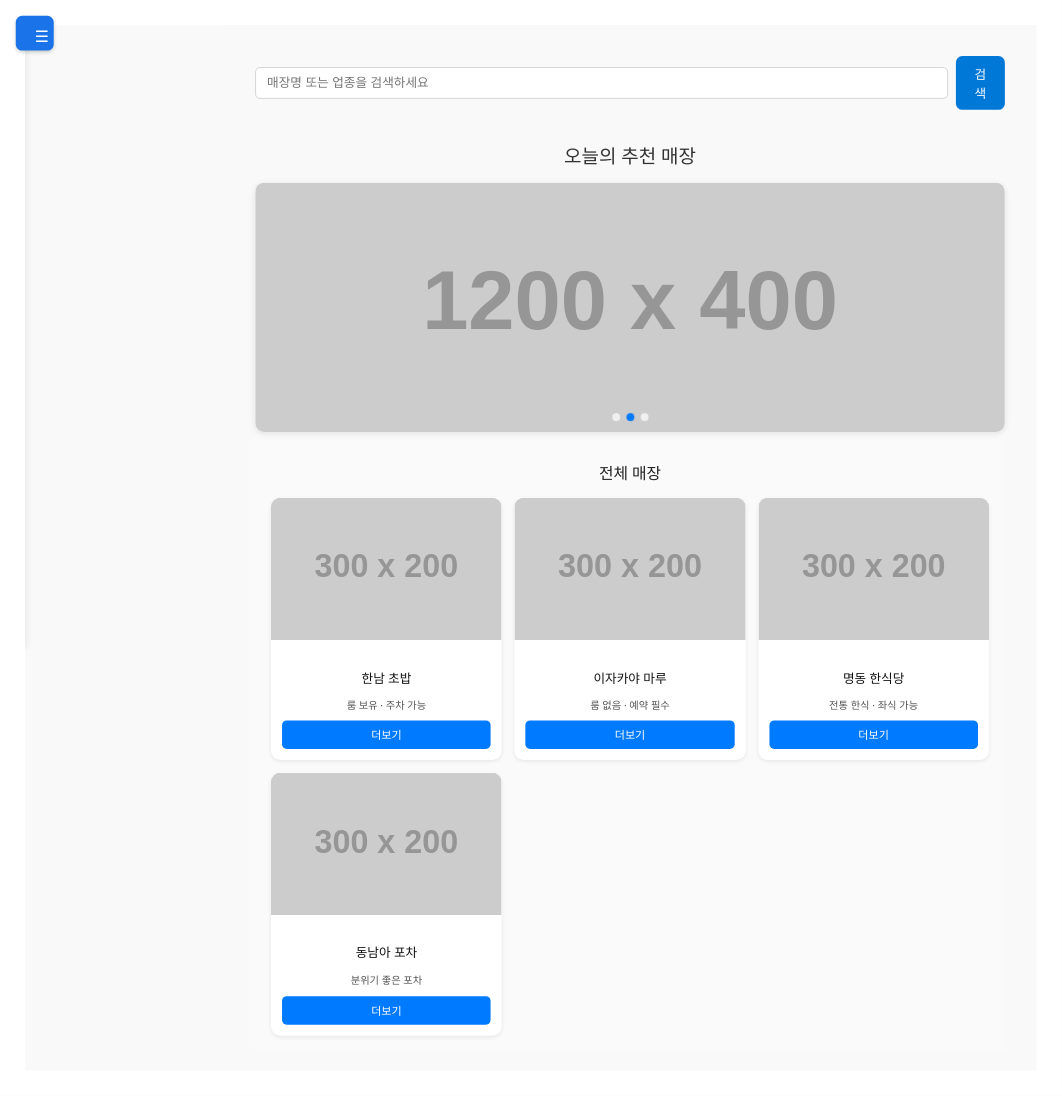
Repository: noiredex/Choplan-API
Page: / (app in choplan/frontend_main/)
These files come from the project's save history. The page is drawn as it stood at one moment and after the next save; the edit follows.
The browser window is 1280 px wide. The page is 1344 px wide, so the pictures cover 1344 px, including what lies to the right of the window. The pictures show the whole page, at 79% of full size.
The project was rebuilt for these pictures with package versions that can differ from the ones it lists, and the page was loaded fresh each time. Also part of the build but not shown: choplan/frontend_main/vite.config.js, choplan/frontend_main/vite.config.ts, choplan/frontend_main/src/styles/StoreDetailPage.css, choplan/frontend_main/src/pages/StoreDetailPage.jsx.

Above is the page before, as saved 2025-10-23 15:56:09.

### choplan/frontend_main/index.html
<!doctype html>
<html lang="en">
  <head>
    <meta charset="UTF-8" />
    <link rel="icon" type="image/svg+xml" href="/vite.svg" />
    <meta name="viewport" content="width=device-width, initial-scale=1.0" />
    <title>frontend_main</title>
  </head>
  <body>
    <div id="root"></div>
    <script type="module" src="/src/main.jsx"></script>
  </body>
</html>

### choplan/frontend_main/src/App.jsx
import { Routes, Route } from "react-router-dom";
import HomePage from "./pages/HomePage";
import StoreDetailPage from "./pages/StoreDetailPage";
import "./App.css";

export default function App() {
  return (
    <Routes>
      <Route path="/" element={<HomePage />} />
      <Route path="/store/:id" element={<StoreDetailPage />} />
    </Routes>
  );
}

### choplan/frontend_main/src/pages/Homepage.jsx
import React, { useState } from "react";
import Sidebar from "../components/common/Sidebar";
import SearchBar from "../components/home/SearchBar";
import BannerSlider from "../components/home/BannerSlider";
import RecommendedStores from "../components/home/RecommendedStores";
import "../styles/HomePage.css";

export default function HomePage() {
  const [selectedCategory, setSelectedCategory] = useState("전체");
  const [searchQuery, setSearchQuery] = useState("");

  return (
    <div className="home-container">
      {/* 사이드바 */}
      <Sidebar
        selectedCategory={selectedCategory}
        onSelectCategory={setSelectedCategory}
        searchQuery={searchQuery}
      />

      {/* 메인 콘텐츠 */}
      <div className="main-content">
        <SearchBar onSearch={setSearchQuery} />

        {/* 추천 배너 */}
        <section className="banner-section">
          <h2>오늘의 추천 매장</h2>
          <BannerSlider />
        </section>

        {/* 매장 목록 */}
        <section className="store-section">
          <RecommendedStores
            category={selectedCategory}
            searchQuery={searchQuery}
          />
        </section>
      </div>
    </div>
  );
}

### choplan/frontend_main/src/components/common/Sidebar.jsx
import React, { useState, useEffect } from "react";
import "../../styles/Sidebar.css";

export default function Sidebar({ selectedCategory, onSelectCategory, searchQuery }) {
  const [isOpen, setIsOpen] = useState(false);

  const categories = [
    "전체",
    "이자카야",
    "초밥",
    "한식",
    "양식",
    "중식",
    "동남아",
    "인도",
    "기타",
  ];

  // 검색어에 따라 자동 카테고리 선택
  useEffect(() => {
    if (searchQuery && searchQuery.trim() !== "") {
      const matched = categories.find((cat) => searchQuery.includes(cat));
      if (matched) onSelectCategory(matched);
    }
  }, [searchQuery]);

  return (
    <>
      {/* 햄버거 버튼 (항상 노출) */}
      <button
        className="sidebar-toggle"
        onClick={() => setIsOpen(!isOpen)}
        aria-label="메뉴 열기"
      >
        ☰
      </button>

      {/* 오버레이 (열릴 때만) */}
      {isOpen && <div className="overlay" onClick={() => setIsOpen(false)}></div>}

      {/* 세로형 사이드바 */}
      <aside className={`sidebar ${isOpen ? "open" : ""}`}>
        <ul className="sidebar-list">
          {categories.map((category, index) => (
            <li
              key={index}
              className={selectedCategory === category ? "active" : ""}
              onClick={() => {
                onSelectCategory(category);
                setIsOpen(false);
              }}
            >
              {category}
            </li>
          ))}
        </ul>
      </aside>
    </>
  );
}

### choplan/frontend_main/src/components/home/SearchBar.jsx
import React, { useState } from "react";
import "../../styles/SearchBar.css";

export default function SearchBar({ onSearch }) {
  const [query, setQuery] = useState("");

  const handleInputChange = (e) => {
    setQuery(e.target.value);
  };

  const handleSearch = (e) => {
    e.preventDefault();
    onSearch(query);
  };

  return (
    <form className="search-bar" onSubmit={handleSearch}>
      <input
        type="text"
        placeholder="매장명 또는 업종을 검색하세요"
        value={query}
        onChange={handleInputChange}
      />
      <button type="submit">검색</button>
    </form>
  );
}

### choplan/frontend_main/src/components/home/BannerSlider.jsx
import React from "react";
import { Swiper, SwiperSlide } from "swiper/react";
import { Autoplay, Pagination } from "swiper/modules";
import "swiper/css";
import "swiper/css/pagination";
import "../../styles/BannerSlider.css";

export default function BannerSlider() {
  const banners = [
    {
      id: 1,
      img: "https://placehold.co/1200x400/007bff/ffffff?text=오늘의+추천매장+1",
      alt: "추천 매장 1",
    },
    {
      id: 2,
      img: "https://placehold.co/1200x400/f07b00/ffffff?text=오늘의+추천매장+2",
      alt: "추천 매장 2",
    },
    {
      id: 3,
      img: "https://placehold.co/1200x400/008c4a/ffffff?text=오늘의+추천매장+3",
      alt: "추천 매장 3",
    },
  ];

  return (
    <div className="banner-slider-container">
      <Swiper
        modules={[Autoplay, Pagination]}
        pagination={{ clickable: true }}
        autoplay={{ delay: 4000, disableOnInteraction: false }}
        loop={true}
        spaceBetween={0}
        slidesPerView={1}
        className="banner-swiper"
      >
        {banners.map((banner) => (
          <SwiperSlide key={banner.id}>
            <img
              src={banner.img}
              alt={banner.alt}
              className="banner-image"
            />
          </SwiperSlide>
        ))}
      </Swiper>
    </div>
  );
}

### choplan/frontend_main/src/components/home/RecommendedStores.jsx
import React, { useEffect, useState } from "react";
import { useNavigate } from "react-router-dom";
import "../../styles/RecommendedStores.css";

export default function RecommendedStores({ category, searchQuery }) {
  const [stores, setStores] = useState([]);
  const navigate = useNavigate(); // 페이지 이동 훅

  // 예시 데이터 (실제 API 연결 시 이 부분 대체)
  const allStores = [
    { id: 1, name: "한남 초밥", category: "초밥", desc: "룸 보유 · 주차 가능", img: "https://placehold.co/300x200" },
    { id: 2, name: "이자카야 마루", category: "이자카야", desc: "룸 없음 · 예약 필수", img: "https://placehold.co/300x200" },
    { id: 3, name: "명동 한식당", category: "한식", desc: "전통 한식 · 좌식 가능", img: "https://placehold.co/300x200" },
    { id: 4, name: "동남아 포차", category: "동남아", desc: "분위기 좋은 포차", img: "https://placehold.co/300x200" },
  ];

  useEffect(() => {
    let filtered = allStores;

    // 검색어 반영
    if (searchQuery) {
      filtered = filtered.filter((store) =>
        store.name.toLowerCase().includes(searchQuery.toLowerCase())
      );
    }

    // 카테고리 반영
    if (category && category !== "전체") {
      filtered = filtered.filter((store) => store.category === category);
    }

    setStores(filtered);
  }, [category, searchQuery]);

  return (
    <div className="recommended-stores">
      <h2>{category ? category : "전체"} 매장</h2>

      <div className="store-grid">
        {stores.length > 0 ? (
          stores.map((store) => (
            <div className="store-card" key={store.id}>
              <img src={store.img} alt={store.name} />
              <div className="store-info">
                <h3>{store.name}</h3>
                <p>{store.desc}</p>
                <button onClick={() => navigate(`/store/${store.id}`)}>더보기</button>
              {/* 더보기 클릭시 /store/매장id 페이지로 이동 */}
              </div>
            </div>
          ))
        ) : (
          <p className="no-results">검색 결과가 없습니다.</p>
        )}
      </div>
    </div>
  );
}

### choplan/frontend_main/src/styles/HomePage.css
/* ===== 기본 구조 ===== */
.home-container {
  display: flex;
  flex-direction: row; /* Sidebar + Main Content 가 가로로 배치 */
  align-items: stretch;
  justify-content: flex-start;
  width: 100%;
  min-height: 100vh;
  background-color: #f9f9f9;
  overflow: hidden;
  box-sizing: border-box;
}

/* ===== 사이드바 ===== */
.sidebar {
  width: 250px;
  min-width: 200px;
  max-width: 280px;
  background-color: #ffffff;
  border-right: 1px solid #ddd;
  overflow-y: auto;
  transition: all 0.3s ease;
}

.sidebar-list {
  list-style: none;
  margin: 0;
  padding: 0;
}

.sidebar-list li {
  padding: 14px 18px;
  border-bottom: 1px solid #eee;
  cursor: pointer;
  transition: background 0.2s;
}

.sidebar-list li:hover,
.sidebar-list li.active {
  background-color: #f0f0f0;
}

/* ===== 메인 콘텐츠 ===== */
.main-content {
  flex: 1;
  display: flex;
  flex-direction: column;
  justify-content: flex-start;
  align-items: stretch;
  padding: 24px 40px;
  overflow-y: auto;
  background-color: #f9f9f9;
  transition: all 0.3s ease;
}

.search-bar {
  margin-bottom: 20px;
}

.search-bar input {
  width: 100%;
  padding: 10px 14px;
  border: 1px solid #ccc;
  border-radius: 6px;
  font-size: 16px;
}

/* ===== 베너 섹션 ===== */
.benner-section {
  text-align: center;
  margin-top: 20px;
  margin-bottom: 30px;
  display: flex;
  flex-direction: column;
  align-items: center;
}

.banner-section h2 {
  font-size: 24px;
  font-weight: 700;
  color: #333;
  margin-bottom: 16px;
}

.banner-section .swiper-container {
  width: 100%;
  max-width: 1200px;
  aspect-ratio: 16 / 9;
  border-radius: 12px;
  overflow: hidden;
  object-fit: cover;
  height: auto !important;
  flex-shrink: 0;
}

.banner-section .swiper-slide img {
  width: 100%;
  height: 100%;
  object-fit: cover;
  display: block;
}

/* ===== PC / 데스크탑 (>=1025px) ===== */
@media (min-width: 1025px) {
  .home-container {
    flex-direction: row;
  }

  .sidebar {
    position: relative;
    height: 100vh;
  }

  .main-content {
    padding: 24px 40px;
  }
}

/* ===== 태블릿 (<=1024px) ===== */
@media (max-width: 1024px) {
  .home-container {
    flex-direction: column;
  }

  .sidebar {
    width: 100%;
    height: auto;
    border-right: none;
    border-bottom: 1px solid #ddd;
  }

  .sidebar-list {
    display: flex;
    flex-wrap: nowrap;
    overflow-x: auto;
  }

  .sidebar-list li {
    flex: 0 0 auto;
    border-bottom: none;
    border-right: 1px solid #eee;
    white-space: nowrap;
  }

  .main-content {
    padding: 16px;
  }
}

/* ===== 모바일 (<=600px) ===== */
@media (max-width: 600px) {
  .home-container {
    flex-direction: column;
  }

  .sidebar-list li {
    font-size: 14px;
    padding: 10px 12px;
  }

  .main-content {
    padding: 10px;
  }

  .search-bar input {
    width: 100%;
    font-size: 14px;
  }
}

### choplan/frontend_main/src/styles/Sidebar.css
/* ===== 사이드바 세로형 기본 ===== */
.sidebar {
  position: fixed;
  top: 0;
  left: 0;
  width: 230px;
  height: 100vh;
  background: #fff;
  transform: translateX(-100%);
  transition: transform 0.3s ease-in-out;
  z-index: 2000;
  box-shadow: 2px 0 8px rgba(0, 0, 0, 0.08);
  display: flex;
  flex-direction: column;
  padding-top: 70px;
}

.sidebar.open {
  transform: translateX(0);
}

/* ===== 카테고리 목록 ===== */
.sidebar-list {
  list-style: none;
  margin: 0;
  padding: 0;
  overflow-y: auto;
  flex: 1;
}

.sidebar-list li {
  padding: 15px 18px;
  cursor: pointer;
  border-bottom: 1px solid #f2f2f2;
  font-size: 16px;
  transition: background-color 0.2s;
}

.sidebar-list li:hover {
  background: #f5f5f5;
}

.sidebar-list li.active {
  background: #1a73e8;
  color: #fff;
  font-weight: 600;
}

/* ===== 햄버거 버튼 (항상 노출) ===== */
.sidebar-toggle {
  position: fixed;
  top: 20px;
  left: 20px;
  background: #1a73e8;
  color: #fff;
  border: none;
  border-radius: 8px;
  width: 44px;
  height: 44px;
  font-size: 20px;
  cursor: pointer;
  z-index: 2100;
  box-shadow: 0 2px 5px rgba(0, 0, 0, 0.2);
}

/* ===== 어두운 배경 (overlay) ===== */
.overlay {
  position: fixed;
  top: 0;
  left: 0;
  width: 100vw;
  height: 100vh;
  background: rgba(0, 0, 0, 0.3);
  z-index: 1500;
}

/* ===== PC도 동일한 구조 ===== */
@media (min-width: 1025px) {
  .sidebar {
    position: fixed;
    transform: translateX(-100%);
  }

  .sidebar.open {
    transform: translateX(0);
  }

  .sidebar-toggle {
    display: block;
  }

  .overlay {
    display: block;
  }
}

/* ===== 반응형 (모바일) ===== */
@media (max-width: 1024px) {
  .sidebar {
    position: fixed;
    height: 100vh;
  }

  .sidebar-list li {
    font-size: 15px;
  }
}

### choplan/frontend_main/src/styles/SearchBar.css
.search-bar {
  display: flex;
  justify-content: center;
  align-items: center;
  margin: 15px 0 25px 0;
  gap: 10px;
}

.search-bar input {
  width: 70%;
  padding: 10px 14px;
  border: 1px solid #ccc;
  border-radius: 8px;
  font-size: 1rem;
}

.search-bar button {
  background-color: #0078d7;
  color: white;
  border: none;
  padding: 10px 18px;
  border-radius: 8px;
  cursor: pointer;
  transition: background 0.2s ease;
}

.search-bar button:hover {
  background-color: #005fa3;
}

### choplan/frontend_main/src/styles/BannerSlider.css
.banner-slider-container {
  width: 100%;
  max-width: 1200px;
  margin: 0 auto;
  border-radius: 12px;
  overflow: hidden;
  position: relative;
  box-shadow: 0 2px 8px rgba(0, 0, 0, 0.1);
}

.banner-swiper {
  width: 100%;
  height: auto;
}

.banner-image {
  width: 100%;
  height: 400px;
  object-fit: cover;
  display: block;
}

/* 슬라이드 하단 점(Pagination) 스타일 */
.swiper-pagination-bullet {
  background: rgba(255, 255, 255, 0.7);
  opacity: 1;
  width: 10px;
  height: 10px;
  margin: 0 4px !important;
}

.swiper-pagination-bullet-active {
  background: #007bff;
}

/* 반응형 */
@media (max-width: 1024px) {
  .banner-image {
    height: 300px;
  }
}

@media (max-width: 768px) {
  .banner-image {
    height: 240px;
    border-radius: 0;
  }

  .banner-slider-container {
    border-radius: 0;
    box-shadow: none;
  }
}

@media (max-width: 480px) {
  .banner-image {
    height: 200px;
  }
}

### choplan/frontend_main/src/styles/RecommendedStores.css
.recommended-stores {
  padding: 20px;
  background: #fafafa;
}

.recommended-stores h2 {
  font-size: 20px;
  margin-bottom: 16px;
  font-weight: 600;
  color: #222;
}

/* ===== 매장 카드 ===== */
.store-grid {
  display: grid;
  grid-template-columns: repeat(auto-fit, minmax(280px, 1fr));
  gap: 16px;
}

.store-card {
  background: white;
  border-radius: 12px;
  overflow: hidden;
  box-shadow: 0 2px 6px rgba(0, 0, 0, 0.08);
  transition: transform 0.2s ease;
}

.store-card:hover {
  transform: translateY(-3px);
}

.store-card img {
  width: 100%;
  height: 180px;
  object-fit: cover;
}

.store-info {
  padding: 14px;
}

.store-info h3 {
  font-size: 16px;
  margin-bottom: 6px;
  color: #111;
}

.store-info p {
  font-size: 13px;
  color: #555;
  margin-bottom: 10px;
}

.store-info button {
  width: 100%;
  padding: 8px 0;
  border: none;
  background-color: #007bff;
  color: white;
  font-size: 14px;
  border-radius: 6px;
  cursor: pointer;
  transition: background-color 0.2s ease;
}

.store-info button:hover {
  background-color: #0056b3;
}

/* ====== 반응형 ====== */
@media (max-width: 768px) {
  .recommended-stores {
    padding: 16px;
  }

  .store-grid {
    grid-template-columns: 1fr;
  }

  .store-card img {
    height: 160px;
  }

  .store-info button {
    font-size: 13px;
  }
}

Loaded but not shown: choplan/frontend_main/src/main.jsx (common file); choplan/frontend_main/src/index.css (common file); choplan/frontend_main/src/App.css (common file)

After the next save:
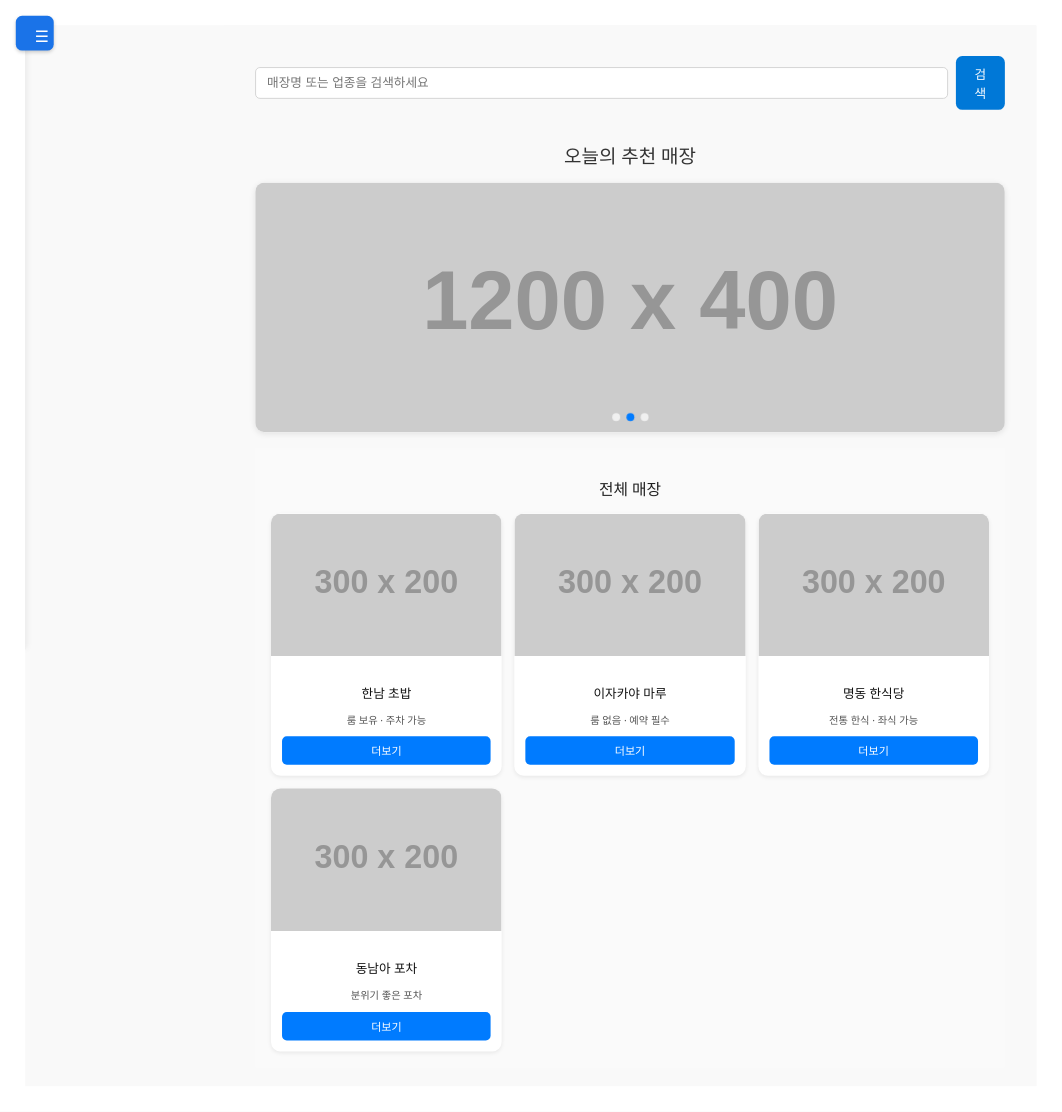
Saved 3 min 40 s later.
--- a/choplan/frontend_main/src/styles/HomePage.css
+++ b/choplan/frontend_main/src/styles/HomePage.css
@@ -100,6 +100,15 @@
   display: block;
 }
 
+/* ===== 추천 매장 섹션 ===== */
+.store-section {
+  width: 100%;
+  margin-top: 20px;
+  flex-grow: 1;
+}
+
+/* 반응형 대응 */
+
 /* ===== PC / 데스크탑 (>=1025px) ===== */
 @media (min-width: 1025px) {
   .home-container {
@@ -114,7 +123,11 @@
   .main-content {
     padding: 24px 40px;
   }
-}
+
+  .banner-section h2 {
+  font-size: 24px;
+  }
+  }
 
 /* ===== 태블릿 (<=1024px) ===== */
 @media (max-width: 1024px) {
